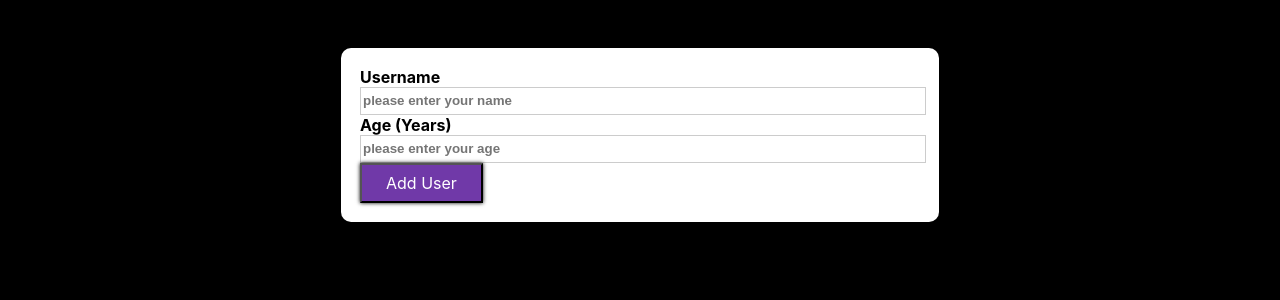
Repository: NamalPathirana/section-eight
Page: /
These files come from the project's save history. The page is drawn as it stood at one moment and after the next save; the edit follows.
The browser window is 1280 px wide. The pictures show the whole page.
The project was rebuilt for these pictures with package versions that can differ from the ones it lists, and the page was loaded fresh each time.

Above is the page before, as saved 2021-11-26 02:56:09.

After the next save:
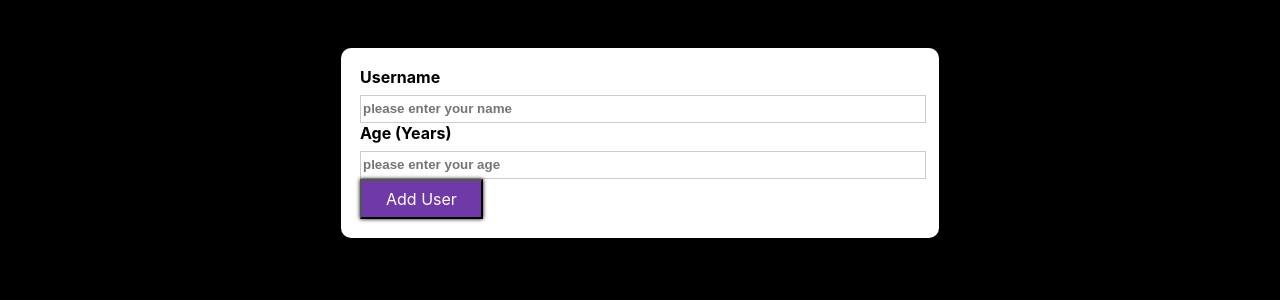
Saved 76 s later.
--- a/src/Components/UserInput/UserInput.module.css
+++ b/src/Components/UserInput/UserInput.module.css
@@ -22,4 +22,6 @@
     display: block;
     align-content: flex-start;
     font-weight: bold;
+    display: block;
+    margin-bottom: 0.5rem;
 }

After the save that followed:
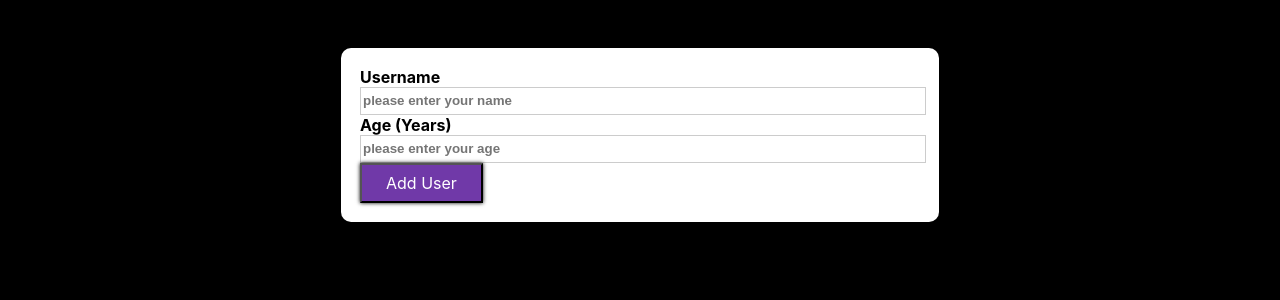
Saved 10 s later.
--- a/src/Components/UserInput/UserInput.module.css
+++ b/src/Components/UserInput/UserInput.module.css
@@ -19,9 +19,7 @@
 }
 
 .frame label{
-    display: block;
     align-content: flex-start;
     font-weight: bold;
-    display: block;
     margin-bottom: 0.5rem;
 }
